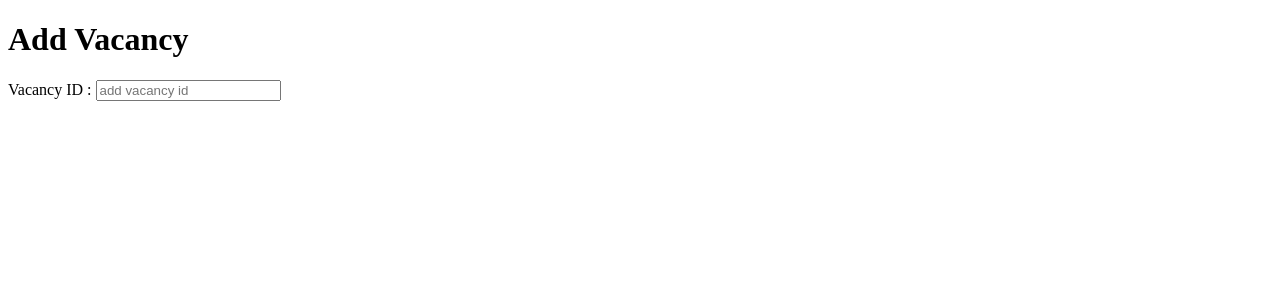
Repository: IT21221064/JobPortal
Page: http://localhost/signup/addVacancy.jsp
An editor plug-in stored every save of this project. The page is shown before and after the next save, followed by the edit.
The browser window is 1280 px wide. The pictures show the whole page.
The page is served by Tomcat 9.

Above is the page before, as saved 2023-07-14 16:55:19.

### jobPortal/signup/src/main/webapp/addVacancy.jsp
<%@ page language="java" contentType="text/html; charset=ISO-8859-1"
    pageEncoding="ISO-8859-1"%>
<!DOCTYPE html>
<html>
<head>
<meta charset="ISO-8859-1">
<title>Insert title here</title>
</head>
<body>
<h1>Add Vacancy</h1>
<lable for = "vid">Vacancy ID : </lable>
<input type="text" name="vid" id="vid" placeholder="add vacancy id">

</body>
</html>

After the next save:
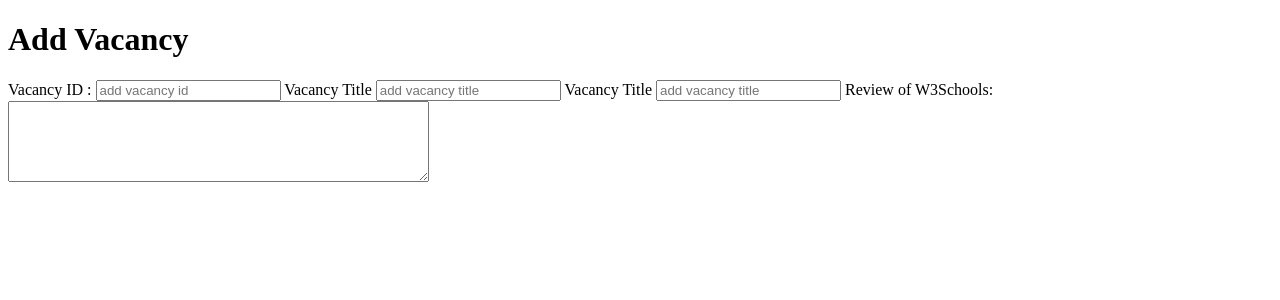
Saved 10 min 36 s later.
--- a/jobPortal/signup/src/main/webapp/addVacancy.jsp
+++ b/jobPortal/signup/src/main/webapp/addVacancy.jsp
@@ -8,8 +8,15 @@
 </head>
 <body>
 <h1>Add Vacancy</h1>
-<lable for = "vid">Vacancy ID : </lable>
+<label for="vid">Vacancy ID : </label>
 <input type="text" name="vid" id="vid" placeholder="add vacancy id">
+<label for="vtitle">Vacancy Title</label>
+<input type="text" name="vtitle" id="vtitle" placeholder="add vacancy title">
+<label for ="vtitle">Vacancy Title</label>
+<input type="text" name="vtitle" id="vtitle" placeholder="add vacancy title">
+<label for ="jobreqs">Review of W3Schools:</label>
+<textarea id="jobreqs" name="jobreqs" rows="5" cols="50"></textarea>
+
 
 </body>
 </html>
